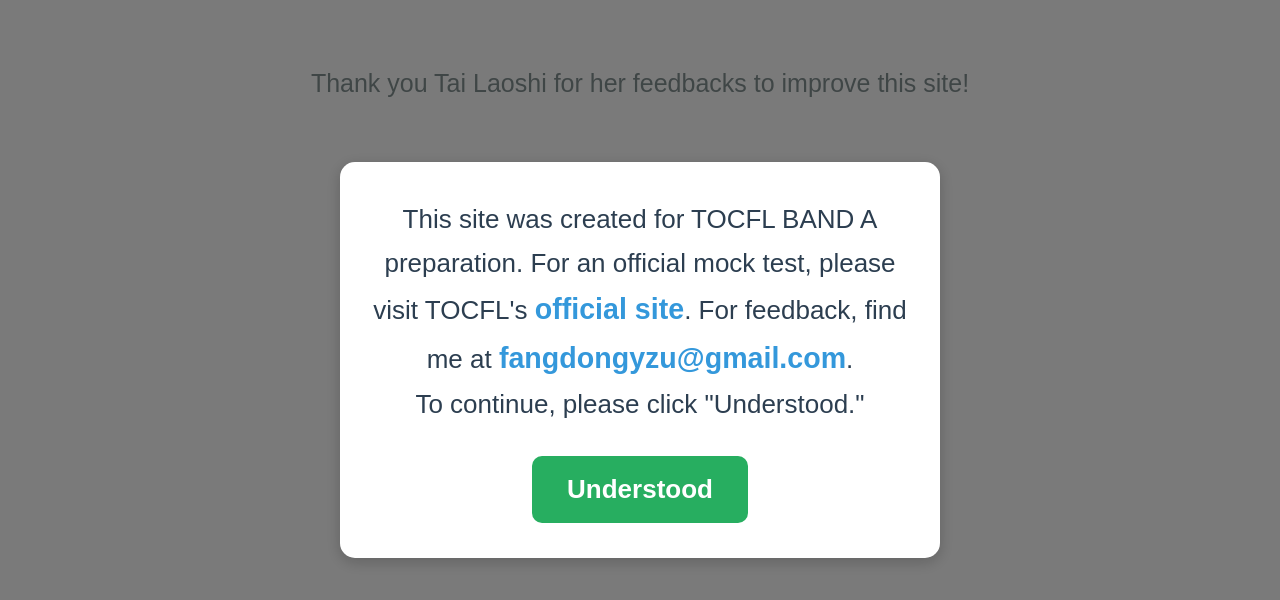
Repository: fangdongyzu/tocflmock
Page: index.html
These files come from the project's save history. The page is drawn as it stood at one moment and after a run of saves; the edit follows.
The browser window is 1280 px wide. The pictures show the whole page.

Above is the page before, as saved 2025-12-23 16:57:07.

After the next 4 saves:
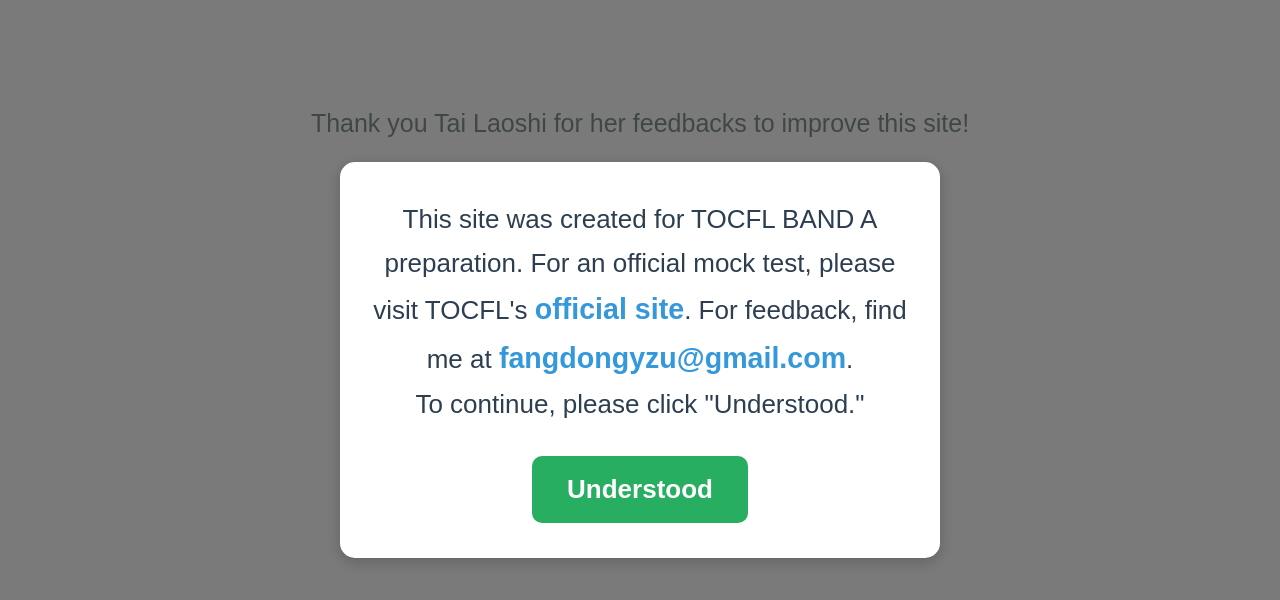
The 4 saves are shown as one change because they came seconds apart.
The last was saved 16 s later.
--- a/styles.css
+++ b/styles.css
@@ -465,6 +465,7 @@
 /* Footer Styling */
 footer {
     text-align: center;
+    margin-top: 40px;      /* Creates space between content and footer */
     margin-bottom: 20px;
     padding: 25px 20px;
 
